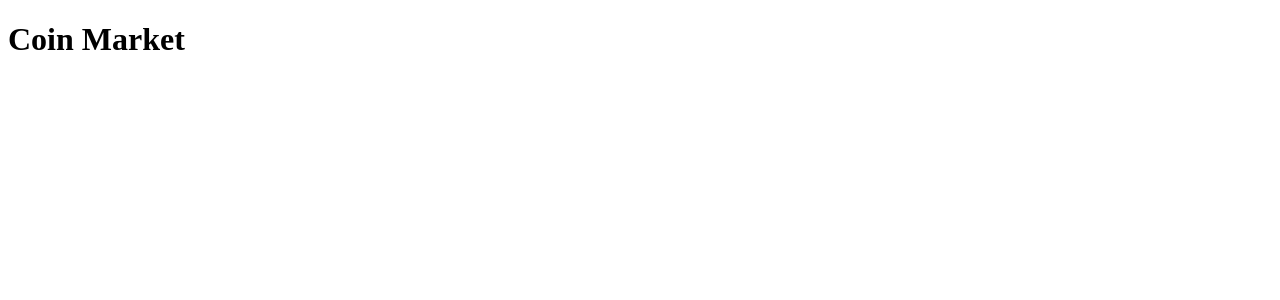
Repository: Ellisvelandia/react-coingecko-api
Page: /
These files come from the project's save history. The page is drawn as it stood at one moment and after the next save; the edit follows.
The browser window is 1280 px wide. The pictures show the whole page.
The page's requests for data from a server got no answer. The project was rebuilt for these pictures with package versions that can differ from the ones it lists, and the page was loaded fresh each time. No one was signed in, and anything a server would have sent is missing. Also part of the build but not shown: src/index.css, src/App.css.

Above is the page before, as saved 2022-09-11 22:57:53.

After the next save:
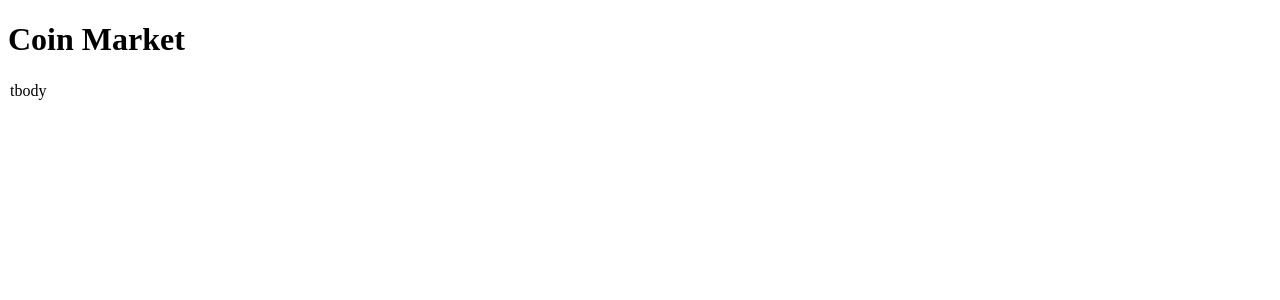
Saved 10 s later.
--- a/src/components/TableCoins.js
+++ b/src/components/TableCoins.js
@@ -6,6 +6,7 @@ const TableCoins = ({coins}) => {
     <thead>
 
     </thead>
+    tbody
   </table>
     )
 }
